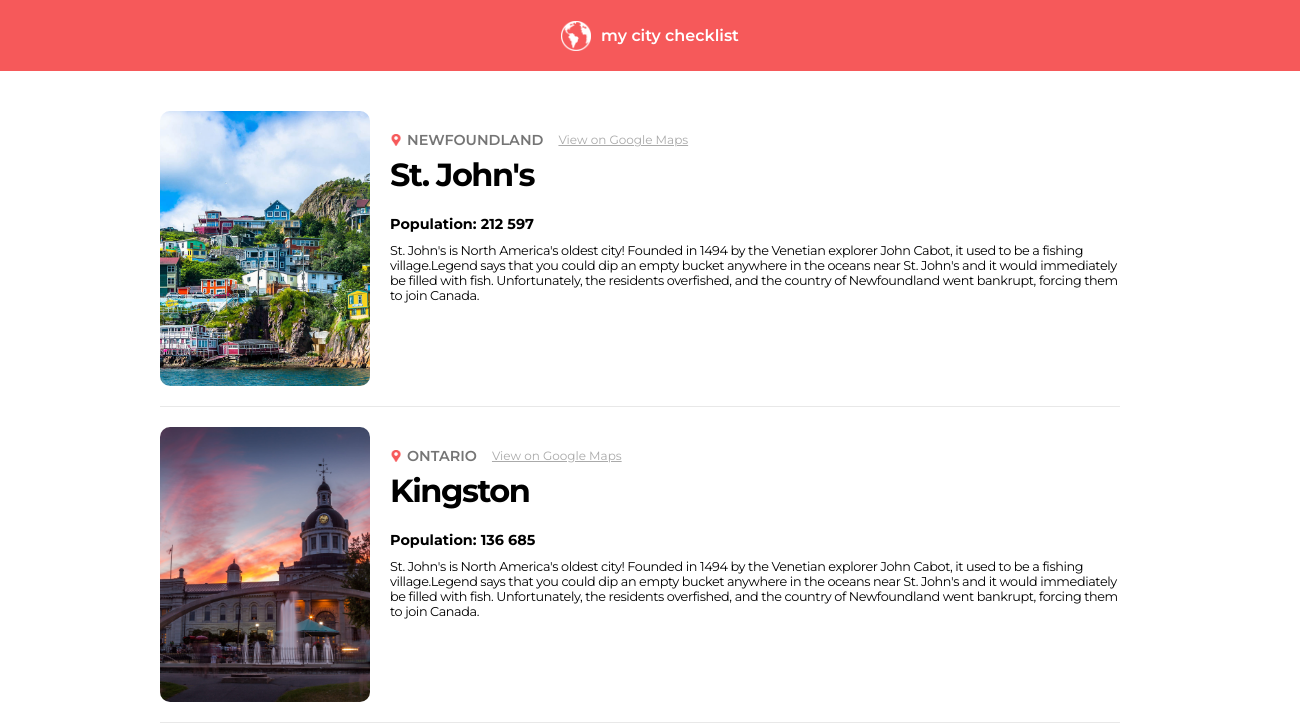
Repository: jsong552/my-city-checklist
Page: /
These files come from the project's save history. The page is drawn as it stood at one moment and after the next save; the edit follows.
The browser window is 1280 px wide. The page is 1300 px wide, then 1280 px, so the pictures cover 1300 px, including what lies to the right of the window. The pictures show the whole page.
The project was rebuilt for these pictures with package versions that can differ from the ones it lists, and the page was loaded fresh each time. Imported but missing from the stored project, and not drawn on this page: src/reportWebVitals.

Above is the page before, as saved 2023-12-29 21:14:44.

### public/index.html
<!DOCTYPE html>
<html lang="en">
  <head>
    <meta charset="utf-8" />
    <link rel="preconnect" href="https://fonts.googleapis.com">
    <link rel="preconnect" href="https://fonts.gstatic.com" crossorigin>
    <link href="https://fonts.googleapis.com/css2?family=Inter:wght@400;600;700&family=Montserrat:wght@200;300;400;500;600;700&display=swap" rel="stylesheet">
    <link rel="icon" href="%PUBLIC_URL%/favicon.ico" />
    <meta name="viewport" content="width=device-width, initial-scale=1" />
    <meta name="theme-color" content="#000000" />
    <meta
      name="description"
      content="Web site created using create-react-app"
    />
    <link rel="apple-touch-icon" href="%PUBLIC_URL%/logo192.png" />
    <!--
      manifest.json provides metadata used when your web app is installed on a
      user's mobile device or desktop. See https://developers.google.com/web/fundamentals/web-app-manifest/
    -->
    <link rel="manifest" href="%PUBLIC_URL%/manifest.json" />
    <!--
      Notice the use of %PUBLIC_URL% in the tags above.
      It will be replaced with the URL of the `public` folder during the build.
      Only files inside the `public` folder can be referenced from the HTML.

      Unlike "/favicon.ico" or "favicon.ico", "%PUBLIC_URL%/favicon.ico" will
      work correctly both with client-side routing and a non-root public URL.
      Learn how to configure a non-root public URL by running `npm run build`.
    -->
    <title>React App</title>
  </head>
  <body>
    <noscript>You need to enable JavaScript to run this app.</noscript>
    <div id="root"></div>
    <!--
      This HTML file is a template.
      If you open it directly in the browser, you will see an empty page.

      You can add webfonts, meta tags, or analytics to this file.
      The build step will place the bundled scripts into the <body> tag.

      To begin the development, run `npm start` or `yarn start`.
      To create a production bundle, use `npm run build` or `yarn build`.
    -->
  </body>
</html>

### src/index.css
body {
    margin: 0px;
}

.navbar {
    display: flex;
    width: 100%;
    align-items: center;
    padding: 10px;
    justify-content: center;
    background-color: #F6595A;
    flex: 1;
}

.navbar img {
    width: 30px;
    margin-right: 10px;
}

.navbar p {
    color: white;
    font-family: Montserrat;
    font-weight: 600;
}

/* card styles */

.cardsContainer {
    margin-top: 20px;
}

.card {
    margin: auto;
    padding-top: 20px;
    padding-bottom: 20px;
    border-bottom: 1px solid #bbbbbb55;
    display: flex;
    font-family: Montserrat;
    width: 75%;
}

.imageOfLocation {
    height: 275px;
    width: 210px;
    border-radius: 10px;
    object-fit: cover;
}

.cardInfo {
    margin-left: 20px;
    padding-top: 20px;
    width: 100%;
}

.locationMarker {
    width: 12px;
    margin-right: 5px;
}

.cardLocation * {
    display: inline;
}

.cardLocation h4 {
    font-weight: 600;
    font-size: 0.9rem;
    position: relative;
    bottom: 1px;
    text-transform: uppercase;
    color: #757575;
}

.cardLocation a {
    font-size: 0.75rem;
    position: relative;
    bottom: 2px;
    color: #aaaaaa;
    margin-left: 15px;
}

.cardInfo h1 {
    margin-top: 5px;
    letter-spacing: -1.5px;
}

.cardInfo h3 {
    font-size: 0.9rem;
    margin-bottom: 10px;
}

.cardInfo p {
    margin-top: 0px;
    font-size: 0.8rem;
    letter-spacing: -0.4px;
}

@media (max-width: 768px) {
    .imageOfLocation {
        height: 250px;
        width: 175px;
    }

    .card {
        width: 85%;
    }

    .cardInfo p {
        font-size: 0.7rem;
        letter-spacing: -0.4px;
    }
}

@media (max-width: 580px) {
    .imageOfLocation {
        height: 225px;
        width: 150px;
    }

    .card {
        width: 85%;
    }

    .cardInfo {
        padding-top: 0px
    }

    .cardInfo p {
        font-size: 0.65rem;
        letter-spacing: -0.4px;
        margin-bottom: 0px;
    }

    .cardInfo h1 {
        font-size: 1.7rem;
        margin-bottom: 0px;
    }

    .cardInfo h3 {
        margin-top: 10px;
        font-size: 0.9rem;
        margin-bottom: 10px;
    }

    .cardInfo a {
        display: block;
    }

    .cardLocation a {
        width: fit-content;
        margin-left: 0px;
    }
}

@media (max-width: 480px) {
    .imageOfLocation {
        height: 225px;
        width: 135px;
    }

    .card {
        width: 90%;
    }

    .cardInfo {
        padding-top: 0px
    }

    .cardInfo p {
        font-size: 0.65rem;
        letter-spacing: -0.4px;
        margin-bottom: 0px;
    }

    .cardInfo h1 {
        font-size: 1.5rem;
        margin-bottom: 0px;
        margin-top: 0px;
    }

    .cardInfo h3 {
        margin-top: 6px;
        font-size: 0.8rem;
        margin-bottom: 6px;
    }

    .cardInfo h4 {
        font-size: 0.8rem;
    }

    .locationMarker {
        width: 10px;
    }

    .cardInfo a {
        display: block;
    }

    .cardLocation a {
        width: fit-content;
        margin-left: 0px;
    }
}

@media (max-width: 380px) {
    .imageOfLocation {
        height: 175px;
        width: 105px;
    }
}

### src/App.js
import React from "react";
import Navbar from "./components/Navbar.js";
import Card from "./components/Card.js";
import data from "./data/cardData.js"

let allCards = data.map((data) => {
    return <Card
                key={data.id}
                info={data}
            />
    }
)

export default function App() {
    return (
        <div className="container">
            <Navbar />
            <div className="cardsContainer">
                {allCards}
            </div>
        </div>
    )
}

### src/components/Navbar.js
import React from "react";

export default function Navbar() {
    return (
        <nav className="navbar">
            <img src='/images/logo.png' alt="logo"/>
            <p>my city checklist</p>
        </nav>
    )
}

### src/components/Card.js
import React from "react";

export default function Card(props) {
    return (
        <div className="card">
            <img className="imageOfLocation" src={props.info.image} alt={props.info.alt} />
            <div className="cardInfo">
                <span className="cardLocation">
                    <img className="locationMarker" src='/images/location-marker.png' />
                    <h4>{props.info.province}</h4>
                    <a href={props.info.link}>View on Google Maps</a>
                </span>
                <h1>{props.info.city}</h1>
                <h3>Population: {props.info.population}</h3><p>{props.info.desc}
                </p>
            </div>
        </div>
    )
}

### src/data/cardData.js
export default [
    {
        id: 1,
        province: "newfoundland",
        image: "/images/stjohns.jpg",
        city: "St. John's",
        alt: "St. John's Downtown",
        population: "212 597",
        desc: "St. John's is North America's oldest city! Founded in 1494 by the Venetian explorer John Cabot, it used to be a fishing village.Legend says that you could dip an empty bucket anywhere in the oceans near St. John's and it would immediately be filled with fish. Unfortunately, the residents overfished, and the country of Newfoundland went bankrupt, forcing them to join Canada.",
        link: "https://www.google.com/maps/place/St.+John's,+NL/@47.4825126,-52.9947887,11z/data=!3m1!4b1!4m6!3m5!1s0x4b0ca38e6b0aa261:0x9e1fd4001f12261f!8m2!3d47.5556097!4d-52.7452511!16zL20vMGo4cDY?hl=en&entry=ttu",
    },
    {
        id: 2,
        province: "Ontario",
        city: "Kingston",
        alt: "Kingston City Hall",
        image: "/images/kingston.jpg",
        population: "136 685",
        desc: "St. John's is North America's oldest city! Founded in 1494 by the Venetian explorer John Cabot, it used to be a fishing village.Legend says that you could dip an empty bucket anywhere in the oceans near St. John's and it would immediately be filled with fish. Unfortunately, the residents overfished, and the country of Newfoundland went bankrupt, forcing them to join Canada.",
        link: "https://www.google.com/maps/place/St.+John's,+NL/@47.4825126,-52.9947887,11z/data=!3m1!4b1!4m6!3m5!1s0x4b0ca38e6b0aa261:0x9e1fd4001f12261f!8m2!3d47.5556097!4d-52.7452511!16zL20vMGo4cDY?hl=en&entry=ttu",
    },
]

Loaded but not shown: src/index.js (common file)

After the next save:
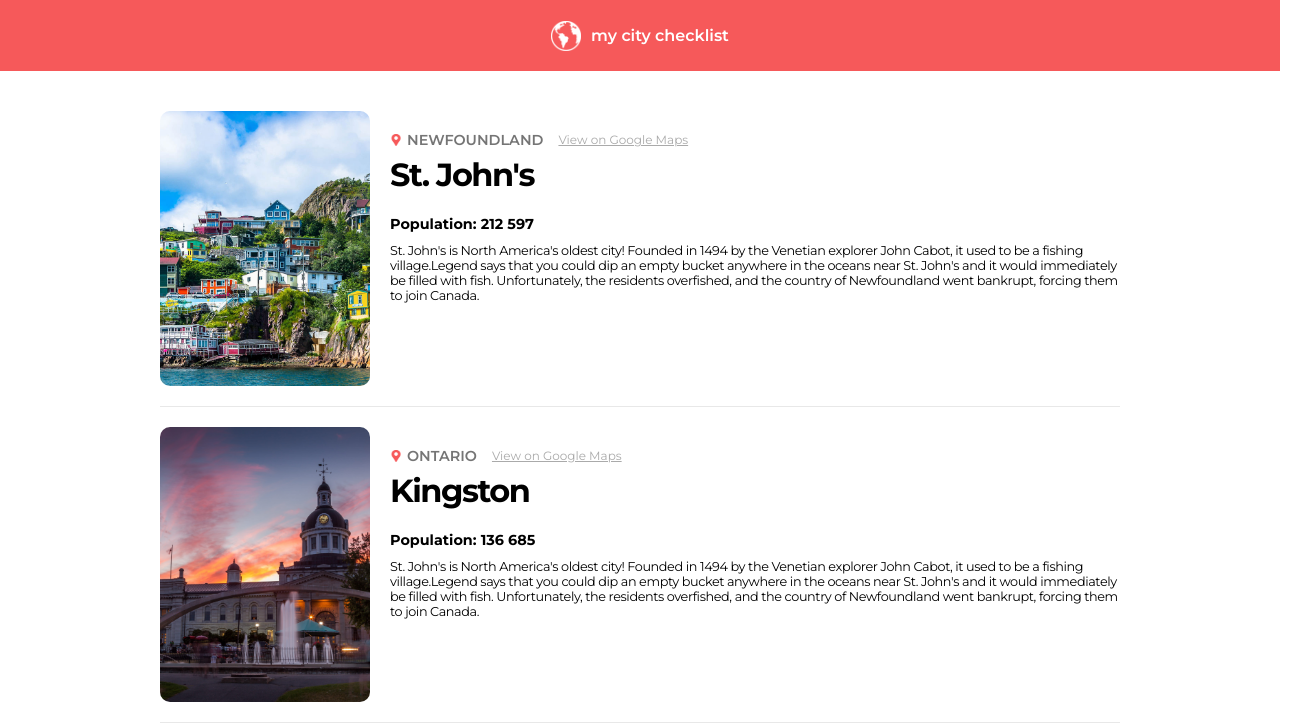
Saved 47 s later.
--- a/src/index.css
+++ b/src/index.css
@@ -9,7 +9,7 @@ body {
     padding: 10px;
     justify-content: center;
     background-color: #F6595A;
-    flex: 1;
+    box-sizing: border-box;
 }
 
 .navbar img {
